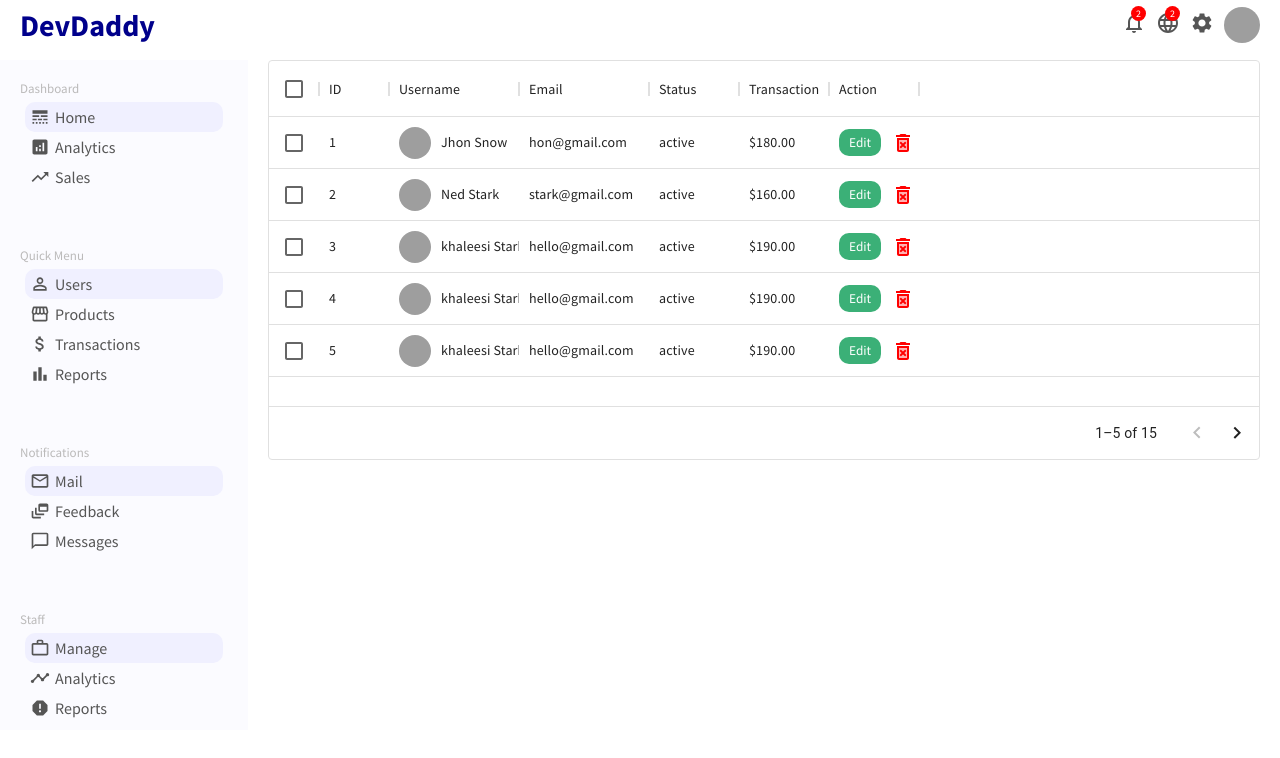
Repository: Marhamat92/react-admin-dashboard
Page: /users
The author's editor kept a copy of each file at every save. The page is drawn from the files as they stood at one save, then again after the next save.
The browser window is 1280 px wide. The pictures show the whole page.
Pictures or frames that could not be fetched are drawn as grey boxes. The project was rebuilt for these pictures with package versions that can differ from the ones it lists, and the page was loaded fresh each time. Also part of the build but not shown: src/pages/home/home.scss, src/components/featuredInfo/featuredInfo.scss, src/components/featuredInfo/FeaturedInfo.js, src/components/chart/chart.scss, src/components/chart/Chart.js, src/data/userData.js, src/components/widgetSm/widgetSm.scss, src/components/widgetSm/WidgetSm.js and 3 more.

Above is the page before, as saved 2023-02-10 22:30:30.

After the next save:
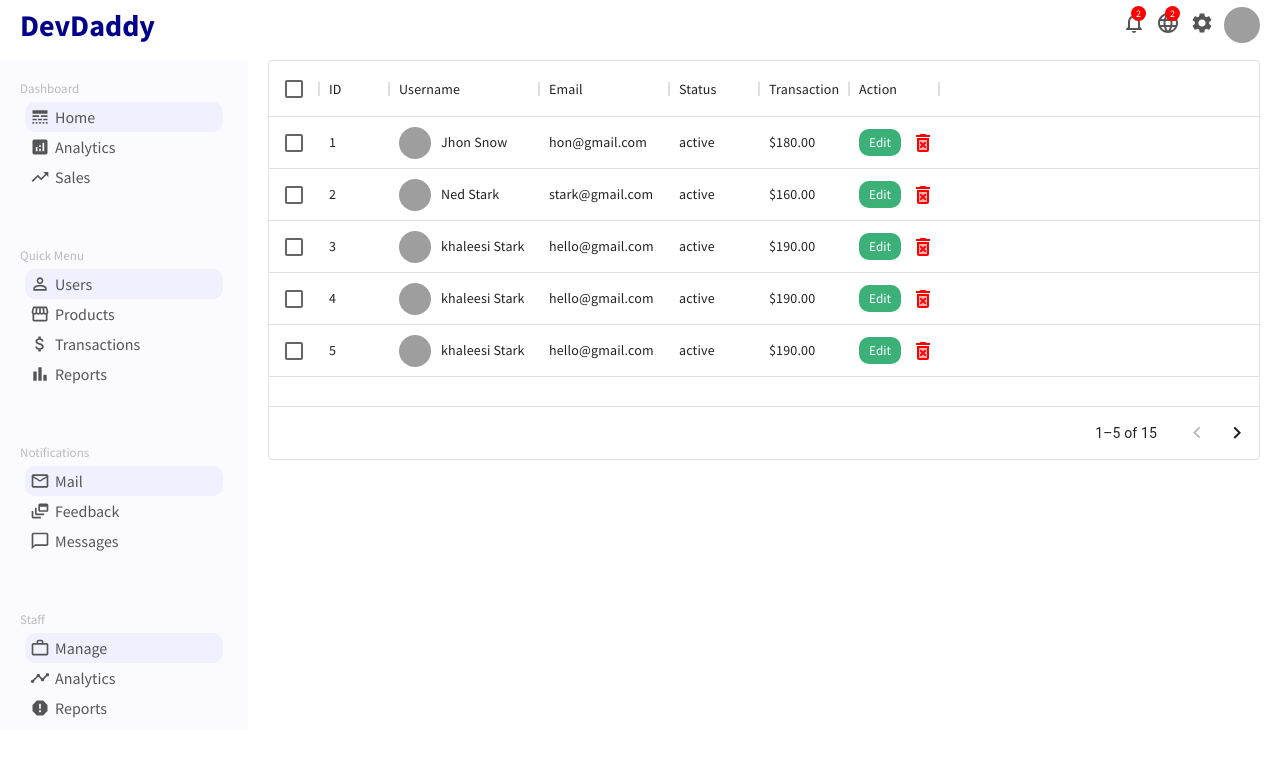
Saved 25 s later.
--- a/src/pages/userList/UserList.js
+++ b/src/pages/userList/UserList.js
@@ -7,7 +7,7 @@ import { Link } from 'react-router-dom';
 const columns = [
   { field: 'id', headerName: 'ID', width: 70 },
   {
-    field: 'username', headerName: 'Username', width: 130, renderCell: (params) => {
+    field: 'username', headerName: 'Username', width: 150, renderCell: (params) => {
       return (
         <div className="userListUser">
           <img className="userListImg" src={params.row.avatar} alt="" />
